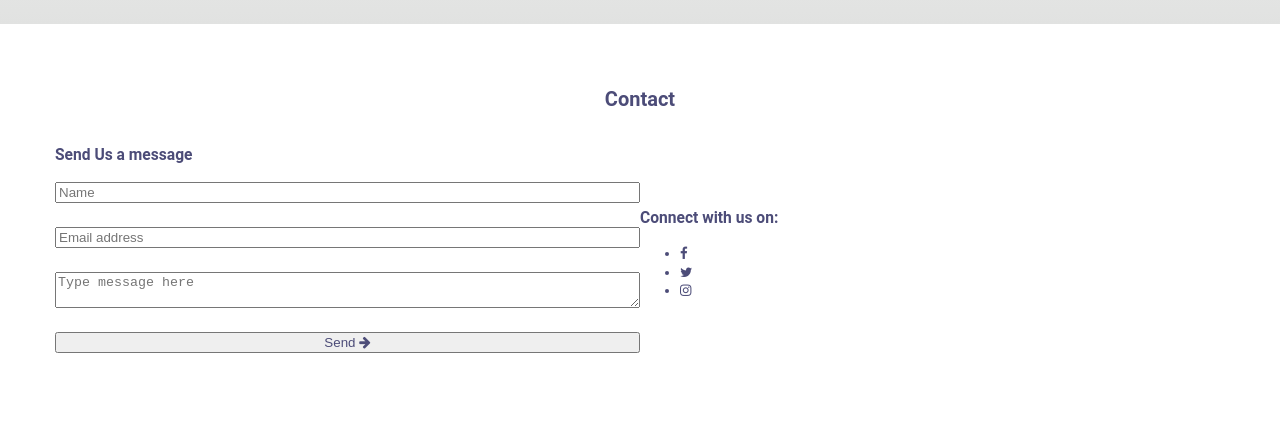
Repository: wisdomspine/emmatech-website
Page: index.html
The author's editor kept a copy of each file at every save. The page is drawn from the files as they stood at one save, then again after the next save.
The browser window is 1280 px wide. The pictures show the part of the page from y = 1532 to 1993 px (the page is 1953 px tall before and 1993 px after).
A picture or video elsewhere on the page could not be fetched, so the positions and the page height are approximate.

Above is the page before, as saved 2020-11-02 12:18:12.

### index.html
<!DOCTYPE html>
<html lang="en">

<head>
    <meta charset="UTF-8">
    <meta name="viewport" content="width=device-width, initial-scale=1.0 max-scale=1.0">
    <title>Emmatech ICT</title>
    <link rel="stylesheet" href="./assets/styles/styles.css">
    <link rel="stylesheet" href="./assets/styles/home-slide.css">
    <link rel="stylesheet" href="./assets/styles/index.css">
    <link rel="stylesheet" href="https://stackpath.bootstrapcdn.com/font-awesome/4.7.0/css/font-awesome.min.css">
</head>

<body>
    <header class="header">
        <div class="container">
            <img src="./assets/images/logo.png" alt="">
            <nav>
                <ul>
                    <li>
                        <a href="#">Contact Us</a>
                    </li>
                    <li>
                        <a href="#">About</a>
                    </li>
                    <li>
                        <a href="#">Services</a>
                    </li>
                    <li>
                        <a href="#">Portfolio</a>
                    </li>
                </ul>
            </nav>
        </div>
    </header>

    <section class="home-slide">
        <div>
            <div class="container">
                <article>
                    <header>
                        <h1>Emmatech-Tech</h1>
                        <h2>Ict Services at it's best</h2>
                    </header>
                    <p>
                        Lorem ipsum dolor, sit amet consectetur adipisicing elit. Doloremque, quo. Pariatur minima ipsam
                        animi tempora quisquam blanditiis, numquam odit asperiores. Recusandae ad eaque nam quasi
                        sapiente voluptates iure tenetur sit.

                    </p>
                </article>
                <img src="./assets/images/slide/slide1.svg" alt="">
            </div>
        </div>
        <div>
            <div class="container">
                <article>
                    <header>
                        <h1>Emmatech-Tech</h1>
                        <h2>Ict Services at it's peak</h2>
                    </header>
                    <p>
                        Lorem ipsum dolor, sit amet consectetur adipisicing elit. Doloremque, quo. Pariatur minima ipsam
                        animi tempora quisquam blanditiis, numquam odit asperiores. Recusandae ad eaque nam quasi
                        sapiente voluptates iure tenetur sit.

                    </p>
                </article>
                <div>
                    <img src="./assets/images/slide/slide2.svg" alt="">
                </div>
            </div>
        </div>
        <div>
            <div class="container">
                <article>
                    <header>
                        <h1>Emmatech-Tech</h1>
                        <h2>Ict Services at it's great</h2>
                    </header>
                    <p>
                        Lorem ipsum dolor, sit amet consectetur adipisicing elit. Doloremque, quo. Pariatur minima ipsam
                        animi tempora quisquam blanditiis, numquam odit asperiores. Recusandae ad eaque nam quasi
                        sapiente voluptates iure tenetur sit.

                    </p>
                </article>
                <div>
                    <img src="./assets/images/slide/slide3.svg" alt="">
                </div>
            </div>
        </div>
    </section>
    <section class="service-section">
        <div class="container">
            <h2 class="text-center">
                Services
            </h2>
            <div class="home-services">
                <figure>
                    <img src="./assets/images/systme-installation.png" alt="">
                    <figcaption>
                        System Installation and Maintenance
                    </figcaption>
                </figure>
                <figure>
                    <img src="./assets/images/systme-installation.png" alt="">
                    <figcaption>
                        System Installation and Maintenance
                    </figcaption>
                </figure>
                <figure>
                    <img src="./assets/images/systme-installation.png" alt="">
                    <figcaption>
                        System Installation and Maintenance
                    </figcaption>
                </figure>
            </div>

            <a href="#" class="button outline accent readmore">
                Readmore
            </a>
        </div>
    </section>
    <section class="home-portfolio">
        <div class="container">
            <header>
                <h2 class="text-center">
                    Portfolio
                </h2>
                <p class="text-center">
                    Take a glimpse of our solutions
                </p>
            </header>
            <div class="content">
                <figure>
                    <img src="https://images.unsplash.com/photo-1557597774-9d273605dfa9?ixlib=rb-1.2.1&ixid=eyJhcHBfaWQiOjEyMDd9&auto=format&fit=crop&w=500&q=80&h=500"
                        alt="">
                    <figcaption>
                        <h3>Installation of CCTV cameras in TA'AL E-Library</h3>
                        <a href="#" class="button filled accent">View Case</a>
                    </figcaption>
                </figure>
                <figure>
                    <img src="https://images.unsplash.com/photo-1557597774-9d273605dfa9?ixlib=rb-1.2.1&ixid=eyJhcHBfaWQiOjEyMDd9&auto=format&fit=crop&w=500&q=80&h=500"
                        alt="">
                    <figcaption>
                        <h3>Installation of CCTV cameras in TA'AL E-Library</h3>
                        <a href="#" class="button filled accent">View Case</a>
                    </figcaption>
                </figure>
                <figure>
                    <img src="https://images.unsplash.com/photo-1557597774-9d273605dfa9?ixlib=rb-1.2.1&ixid=eyJhcHBfaWQiOjEyMDd9&auto=format&fit=crop&w=500&q=80&h=500"
                        alt="">
                    <figcaption>
                        <h3>Installation of CCTV cameras in TA'AL E-Library</h3>
                        <a href="#" class="button filled accent">View Case</a>
                    </figcaption>
                </figure>
                <figure>
                    <img src="https://images.unsplash.com/photo-1557597774-9d273605dfa9?ixlib=rb-1.2.1&ixid=eyJhcHBfaWQiOjEyMDd9&auto=format&fit=crop&w=500&q=80&h=500"
                        alt="">
                    <figcaption>
                        <h3>Installation of CCTV cameras in TA'AL E-Library</h3>
                        <a href="#" class="button filled accent">View Case</a>
                    </figcaption>
                </figure>
            </div>
        </div>
    </section>
    <section class="home-contact">
        <div class="container">
            <h2 class="text-center">
                Contact
            </h2>
            <div class="home-contact-content">
                <div>
                    <h3>Send Us a message</h3>
                    <form action="#" method="POST">
                        <div>
                            <input type="text" placeholder="Name" required>
                        </div>
                        <div>
                            <input type="email" name="" id="" placeholder="Email address" required>
                        </div>
                        <div>
                            <textarea required placeholder="Type message here"></textarea>
                        </div>
                        <div>
                            <button type="submit">Send <span class="fa fa-arrow-right"></span></button>
                        </div>
                    </form>
                </div>
                <div>
                    <h3>Connect with us on:</h3>
                    <ul>
                        <li>
                            <a href="#"><span class="fa fa-facebook"></span></a>
                        </li>
                        <li>
                            <a href="#"><span class="fa fa-twitter"></span></a>
                        </li>
                        <li>
                            <a href="#"><span class="fa fa-instagram"></span></a>
                        </li>
                    </ul>
                </div>
            </div>
        </div>
    </section>
</body>
<script>
    const divs = document.querySelectorAll(".home-slide > div");
    let current = 0;
    divs.forEach(e => {
        e.style.display = "none";
    })
    divs[(current++) % divs.length].style.display = "block";
    setInterval(function () {
        divs.forEach(e => {
            e.style.display = "none";
        })
        divs[(current++) % divs.length].style.display = "block";
    }, 10000)
</script>

</html>

### assets/styles/styles.css
@import "./preset.css";
@import "./page-header.css";

.container {
  max-width: 1170px;
  margin-left: auto;
  margin-right: auto;
}

.text-center{
  text-align: center;
}

.button{
  font-size: 14px;
  line-height: 21px;
  padding: 10px  14px;
  border-radius: 100px;
}

.button.filled.accent{
  background-color: var(--accent-color);
  color: white;
}

.button.outline.accent{
  border-color: var(--accent-color);
  border-width: 1px;
  border-style: solid;
  color: var(--accent-color);
}

### assets/styles/home-slide.css
@import "./variables.css";

@keyframes slide-article {
  0% {
    opacity: 0;
    position: relative;
    top: -90px;
    left: -150px;
  }

  5.5% {
    opacity: 1;
    position: relative;
    top: 0px;
    left: 0px;
  }

  90.8% {
    opacity: 1;
    position: relative;
    top: 0px;
    left: 0px;
  }

  100% {
    opacity: 0;
    position: relative;
    top: 90px;
    left: -150px;
  }
}

@keyframes slide-img {
  0% {
    opacity: 0;
    position: relative;
    top: 350px;
  }

  5.5% {
    opacity: 1;
    position: relative;
    top: 0px;
  }

  90.8% {
    opacity: 1;
    position: relative;
    top: 0px;
  }

  100% {
    opacity: 0;
    position: relative;
    top: 350px;
  }
}


.home-slide {
  height: calc(100vh - var(--header-height));
  overflow: hidden;
  background: url("../images/Confetti-Doodles.svg");
  background-size: contain;
}

.home-slide>div {
  height: 100%;
}

.home-slide>div .container {
  height: 100%;
}

.home-slide .container {
  display: flex;
  flex-flow: row nowrap;
  align-items: center;
  justify-content: space-between;
}

.home-slide .container img {
  max-width: 500px;
  animation-name: slide-img;
  animation-duration: var(--slide-animation-duration);
}

.home-slide .container article {
  max-width: 500px;
  align-self: flex-start;
  margin-top: 70px;
}

.home-slide .container article h1 {
  font-size: 24px;
  margin-bottom: 0px;
}

.home-slide .container article h2 {
  margin-top: 0px;
  opacity: 0.6;
  font-weight: 400;
  font-size: 17px;
  color: var(--accent-link-color);
}

.home-slide .container article {}

.home-slide .container article:not(:hover) {
  animation-name: slide-article;
  animation-duration: var(--slide-animation-duration);
}

.home-slide .container article p {
  font-size: 17px;
  font-weight: lighter;
  line-height: 26px;
}

### assets/styles/index.css
@import "./variables.css";

.service-section{
    background-color:white;
    padding-top: 84px;
    padding-bottom: 134px;
}

.home-services{
    display: flex;
    flex-flow: row nowrap;
    justify-content: space-between;
    align-items: flex-start;
    margin-top: 30px;;
}

.home-services figure{
    display: flex;
    flex-flow: column nowrap;
    align-items: center;
}

.home-services figure figcaption{
    font-size: 18px;
    line-height: 27px;
}

.service-section .readmore{
    float: right;
    margin-top: 24px;
}

.home-portfolio .content{
    display: flex;
    flex-direction: row;
    flex-wrap: nowrap;
    justify-content: space-between;
    overflow-x: hidden;
    height: 250px;
    margin-left: -20px;
}
.home-portfolio .content figure{
    height: 100%;
    position: relative;
    margin: 0px;
    margin-left: 30px;
    border-radius: 300px;
    overflow: hidden;

}

.home-portfolio .content figure img{
    max-height: 100%;
    border-radius: inherit;
}

.home-portfolio {
    padding-top: 18px;
    padding-bottom: 44px;
    background: linear-gradient(to bottom, white, var(--bg-color));
}

.home-portfolio header>p{
    margin-bottom: 34px;
}

.home-portfolio .content figure figcaption{
    height: 100%;
    position: absolute;
    top: 0;
    display: flex;
    flex-flow: column;
    flex-wrap: nowrap;
    justify-content: center;
    padding: 14px;
    backdrop-filter: brightness(40%);
    align-items: center;
    border-radius: inherit;
    transition: all  1s;


}

.home-portfolio .content figure:not(:hover)  figcaption{
    opacity: 0;
}

.home-portfolio .content figure figcaption h3{
    color: #ffffff;
    text-align: center;
    line-height: 1.8;
}

.home-contact{
    background-color: #ffffff;
    padding: 44px 0px;
}

.home-contact .home-contact-content{
    display: flex;
    flex-flow: row nowrap;
    justify-content: space-around;
    align-items: center;
}
.home-contact .home-contact-content>div{
    width: 50%;
}

.home-contact .home-contact-content>div:first-child{
    display: flex;
    flex-flow: column nowrap;
    align-items: stretch;
}

.home-contact .home-contact-content>div:first-child form{
    display: flex;
    flex-flow: column nowrap;
    align-items: stretch;
}

.home-contact .home-contact-content>div:first-child form div{
    display: flex;
    flex-flow: column nowrap;
    align-items: stretch;
}

.home-contact .home-contact-content>div:first-child form div{
    margin-bottom: 24px;
}

### assets/styles/preset.css
/* @font-face {
  font-family: "Roboto";
  src: "../fonts/Roboto /Roboto-Regular.ttf";
} */
@import "./variables.css";

* {
  box-sizing: border-box;
  text-rendering: optimizeLegibility;
  -webkit-font-smoothing: antialiased;
  -moz-osx-font-smoothing: grayscale;
  font-kerning: auto;
  color: var(--text-color);
}

html {
  font-size: 10pt;
  line-height: 1.4;
  font-weight: 400;
  font-family: "Roboto";
  -webkit-text-size-adjust: 100%;
}

body {
  margin: 0;
  background-color: var(--bg-color);
}

a,
a:hover,
a:active,
a:focus {
  text-decoration: none;
}

### assets/styles/page-header.css
@import "./variables.css";
.header {
  display: flex;
  flex-flow: row nowrap;
  justify-content: space-between;
  padding: var(--padding-large);
  height: var(--header-height);
  overflow: hidden;
  background-color: var(--card-color);
}

.header .container {
  display: flex;
  flex-flow: row nowrap;
  justify-content: space-between;
}

.header img {
  display: inline-block;
  height: 100%;
}

.header nav ul {
  list-style: none;
  display: flex;
  flex-flow: row nowrap;
  padding: 0;
  margin: 0;
}

.header nav ul li {
  padding: var(--padding-mid);
}

.header nav ul a {
  color: var(--accent-link-color);
}
.header nav ul a:hover {
  opacity: 0.9;
}

### assets/styles/variables.css
:root {
  --bg-color: #e1e2e1;
  --padding-large: 24px;
  --padding-mid: 18px;
  --header-height: 100px;
  --card-color: #ffffff;
  --accent-link-color: #ed459c;
  --accent-color: #ed459c;

  --text-color: #4C4C78;
  --slide-animation-duration: 10s;
}

Loaded but not shown: assets/images/slide/slide1.svg (1 lines, source omitted)

After the next save:
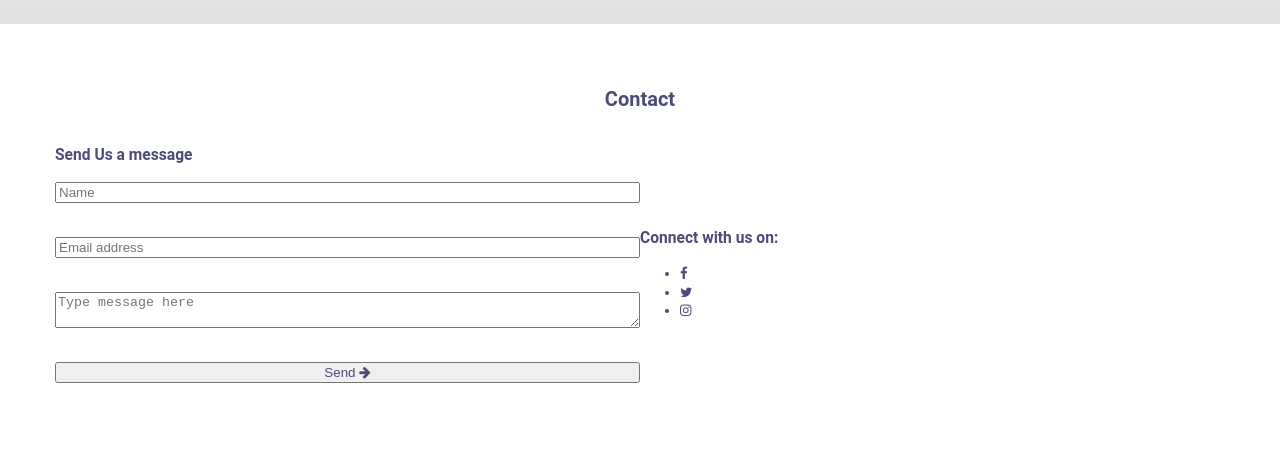
Saved 5 s later.
--- a/assets/styles/index.css
+++ b/assets/styles/index.css
@@ -125,5 +125,5 @@
 }
 
 .home-contact .home-contact-content>div:first-child form div{
-    margin-bottom: 24px;
+    margin-bottom: 34px;
 }
